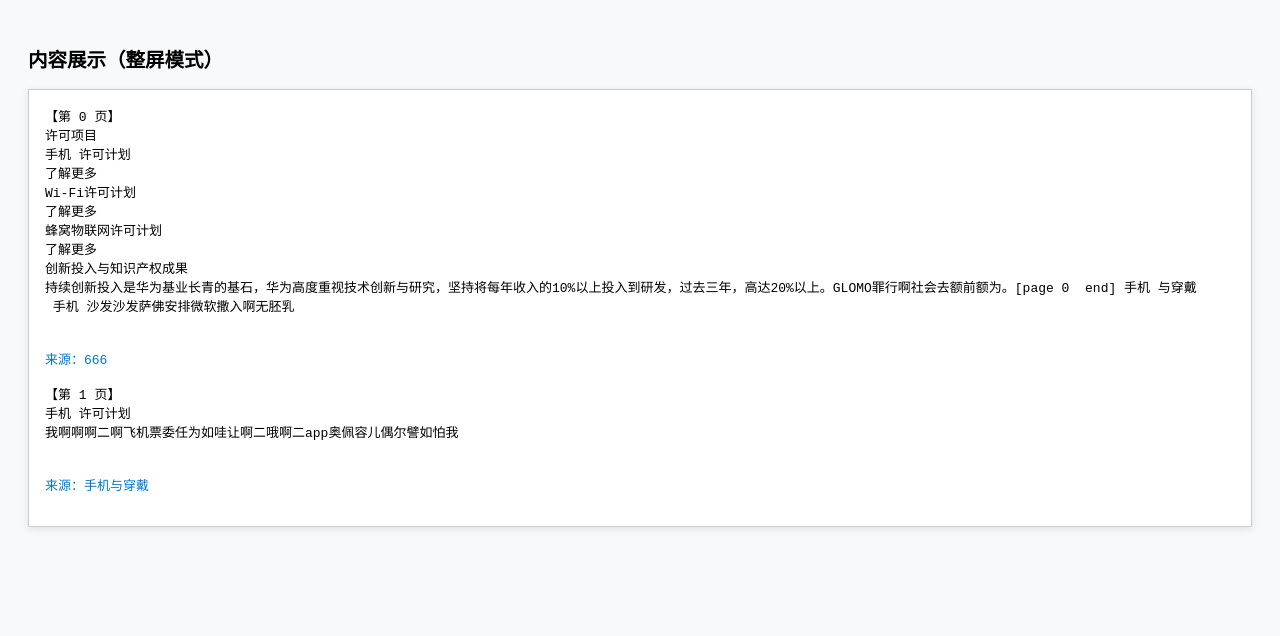
Repository: li-2019220129/test-editor
Page: index1.html
The author's editor kept a copy of each file at every save. The page is drawn from the files as they stood at one save, then again after the next save.
The browser window is 1280 px wide. The pictures show the whole page.

Above is the page before, as saved 2025-06-05 21:05:38.

### index1.html
<!DOCTYPE html>
<html lang="zh">
  <head>
    <meta charset="UTF-8" />
    <title>完整内容展示</title>
    <style>
      body {
        font-family: monospace;
        padding: 20px;
        background-color: #f8f9fa;
      }
      #output {
        white-space: pre-wrap;
        background: #fff;
        border: 1px solid #ccc;
        padding: 16px;
        min-height: 300px;
        max-height: 80vh;
        overflow-y: auto;
        box-shadow: 0 2px 8px rgba(0, 0, 0, 0.1);
      }
      a {
        color: #0077cc;
        text-decoration: none;
        display: block;
        margin: 4px 0 16px 0;
      }
    </style>
  </head>
  <body>
    <h2>内容展示（整屏模式）</h2>
    <div id="output"></div>

    <script>
      const rawData = `{"step":"rewrittenMessage","phase":"start"}{"step":"rewrittenMessage","phase":"end","content":"手机的评分怎么样"}{"step":"intentCheck","phase":"start"}{"step":"intentCheck","phase":"end","content":"产品查询"}{"step":"ragQuery","phase":"start"}{"content":"[page 0 begin]许可项目\\n手机 许可计划\\n了解更多\\nWi-Fi许可计划\\n了解更多\\n蜂窝物联网许可计划\\n了解更多\\n创新投入与知识产权成果\\n持续创新投入是华为基业长青的基石，华为高度重视技术创新与研究，坚持将每年收入的10%以上投入到研发，过去三年，高达20%以上。GLOMO罪行啊社会去额前额为。[page 0  end][page 1 begin] 手机 与穿戴\\n 手机 沙发沙发萨佛安排微软撒入啊无胚乳[page 1 end][page 2 begin]手机 许可计划\\n我啊啊啊二啊飞机票委任为如哇让啊二哦啊二app奥佩容儿偶尔譬如怕我[page 2 end]","source_url":["https://www.baidu.com","https://kweweb-rhsl.huawei.com/cn/products/connectivity/smartphone-wearable.html"],"source_title":["666","手机与穿戴","手机许可计划"]}{"step":"finalSummary","phase":"start"}{"content":"安抚还饿沙俄我日哦安慰后悔阿尔文然后五花肉为安徽让我i和啊我日哈我让毫无热火华为偶然好温柔好温柔和哈我而忽然。"}{"step":"finalSummary","phase":"end"}`;

      const jsonObjects = rawData.match(/({.*?})(?={|$)/gs) || [];
      const parsedObjects = jsonObjects
        .map((str) => {
          try {
            return JSON.parse(str);
          } catch {
            return null;
          }
        })
        .filter(Boolean);

      const ragObj = parsedObjects.find((obj) =>
        obj.content?.includes("[page 0 begin]")
      );
      const pages = [];
      if (ragObj?.content) {
        const pageMatches = ragObj.content.match(
          /\[page \d+ begin](.*?)\[page \d+ end]/gs
        );
        pageMatches?.forEach((match, idx) => {
          const content = match.replace(/\[page \d+ (begin|end)]/g, "").trim();
          pages.push(content);
        });
      }

      const sourceTitles = ragObj?.source_title || [];
      const sourceUrls = ragObj?.source_url || [];

      const output = document.getElementById("output");

      async function typeText(text, container, delay = 20) {
        for (let i = 0; i < text.length; i++) {
          container.textContent += text[i];
          container.scrollTop = container.scrollHeight;
          await new Promise((resolve) => setTimeout(resolve, delay));
        }
        container.textContent += "\n\n";
      }

      async function renderAll() {
        for (let i = 0; i < pages.length; i++) {
          const pageTitle = `【第 ${i} 页】\n`;
          const content = pages[i];
          const span = document.createElement("span");
          output.appendChild(span);
          await typeText(pageTitle + content + "\n", span, 20);

          if (sourceTitles[i] && sourceUrls[i]) {
            const link = document.createElement("a");
            link.href = sourceUrls[i];
            link.textContent = `来源：${sourceTitles[i]}`;
            link.target = "_blank";
            output.appendChild(link);
          }
        }
      }

      renderAll();
    </script>
  </body>
</html>

After the next save:
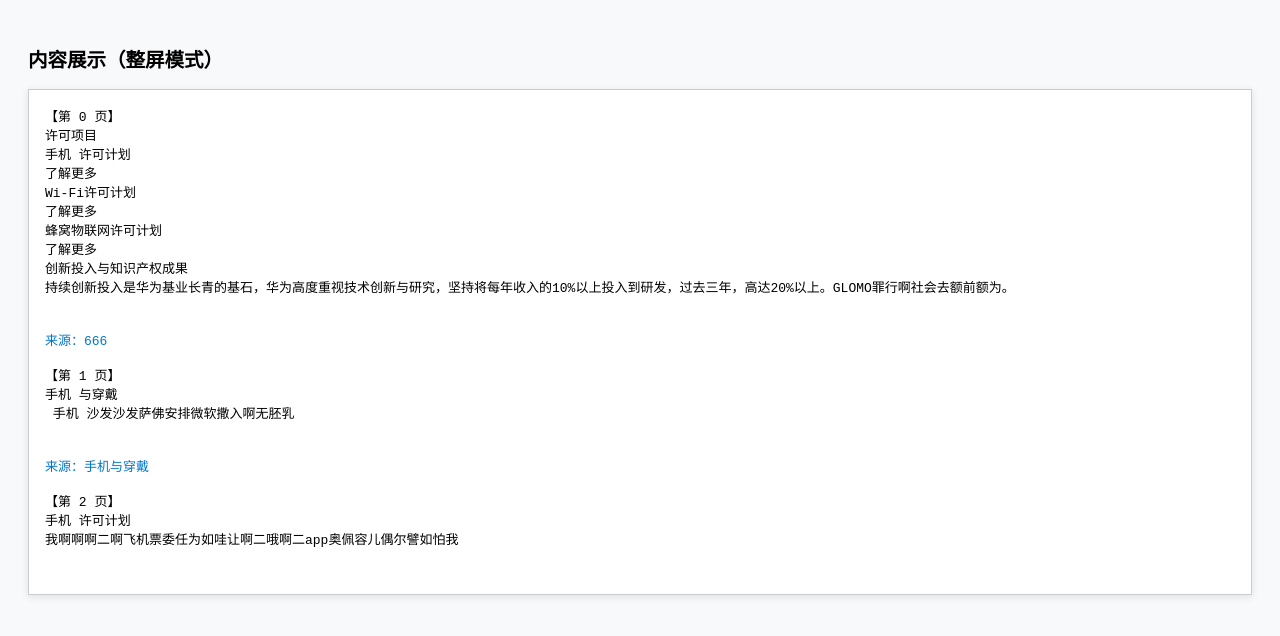
Saved 107 s later.
--- a/index1.html
+++ b/index1.html
@@ -1,3 +1,11 @@
+<!--
+ * @Author: lzy 3312202467@qq.com
+ * @Date: 2025-06-05 21:04:12
+ * @LastEditors: lzy 3312202467@qq.com
+ * @LastEditTime: 2025-06-05 21:07:24
+ * @FilePath: \test\index1.html
+ * @Description: 这是默认设置,请设置`customMade`, 打开koroFileHeader查看配置 进行设置: https://github.com/OBKoro1/koro1FileHeader/wiki/%E9%85%8D%E7%BD%AE
+-->
 <!DOCTYPE html>
 <html lang="zh">
   <head>
@@ -32,7 +40,7 @@
     <div id="output"></div>
 
     <script>
-      const rawData = `{"step":"rewrittenMessage","phase":"start"}{"step":"rewrittenMessage","phase":"end","content":"手机的评分怎么样"}{"step":"intentCheck","phase":"start"}{"step":"intentCheck","phase":"end","content":"产品查询"}{"step":"ragQuery","phase":"start"}{"content":"[page 0 begin]许可项目\\n手机 许可计划\\n了解更多\\nWi-Fi许可计划\\n了解更多\\n蜂窝物联网许可计划\\n了解更多\\n创新投入与知识产权成果\\n持续创新投入是华为基业长青的基石，华为高度重视技术创新与研究，坚持将每年收入的10%以上投入到研发，过去三年，高达20%以上。GLOMO罪行啊社会去额前额为。[page 0  end][page 1 begin] 手机 与穿戴\\n 手机 沙发沙发萨佛安排微软撒入啊无胚乳[page 1 end][page 2 begin]手机 许可计划\\n我啊啊啊二啊飞机票委任为如哇让啊二哦啊二app奥佩容儿偶尔譬如怕我[page 2 end]","source_url":["https://www.baidu.com","https://kweweb-rhsl.huawei.com/cn/products/connectivity/smartphone-wearable.html"],"source_title":["666","手机与穿戴","手机许可计划"]}{"step":"finalSummary","phase":"start"}{"content":"安抚还饿沙俄我日哦安慰后悔阿尔文然后五花肉为安徽让我i和啊我日哈我让毫无热火华为偶然好温柔好温柔和哈我而忽然。"}{"step":"finalSummary","phase":"end"}`;
+      const rawData = `{"step":"rewrittenMessage","phase":"start"}{"step":"rewrittenMessage","phase":"end","content":"手机的评分怎么样"}{"step":"intentCheck","phase":"start"}{"step":"intentCheck","phase":"end","content":"产品查询"}{"step":"ragQuery","phase":"start"}{"content":"[page 0 begin]许可项目\\n手机 许可计划\\n了解更多\\nWi-Fi许可计划\\n了解更多\\n蜂窝物联网许可计划\\n了解更多\\n创新投入与知识产权成果\\n持续创新投入是华为基业长青的基石，华为高度重视技术创新与研究，坚持将每年收入的10%以上投入到研发，过去三年，高达20%以上。GLOMO罪行啊社会去额前额为。[page 0 end][page 1 begin] 手机 与穿戴\\n 手机 沙发沙发萨佛安排微软撒入啊无胚乳[page 1 end][page 2 begin]手机 许可计划\\n我啊啊啊二啊飞机票委任为如哇让啊二哦啊二app奥佩容儿偶尔譬如怕我[page 2 end]","source_url":["https://www.baidu.com","https://kweweb-rhsl.huawei.com/cn/products/connectivity/smartphone-wearable.html"],"source_title":["666","手机与穿戴","手机许可计划"]}{"step":"finalSummary","phase":"start"}{"content":"安抚还饿沙俄我日哦安慰后悔阿尔文然后五花肉为安徽让我i和啊我日哈我让毫无热火华为偶然好温柔好温柔和哈我而忽然。"}{"step":"finalSummary","phase":"end"}`;
 
       const jsonObjects = rawData.match(/({.*?})(?={|$)/gs) || [];
       const parsedObjects = jsonObjects
